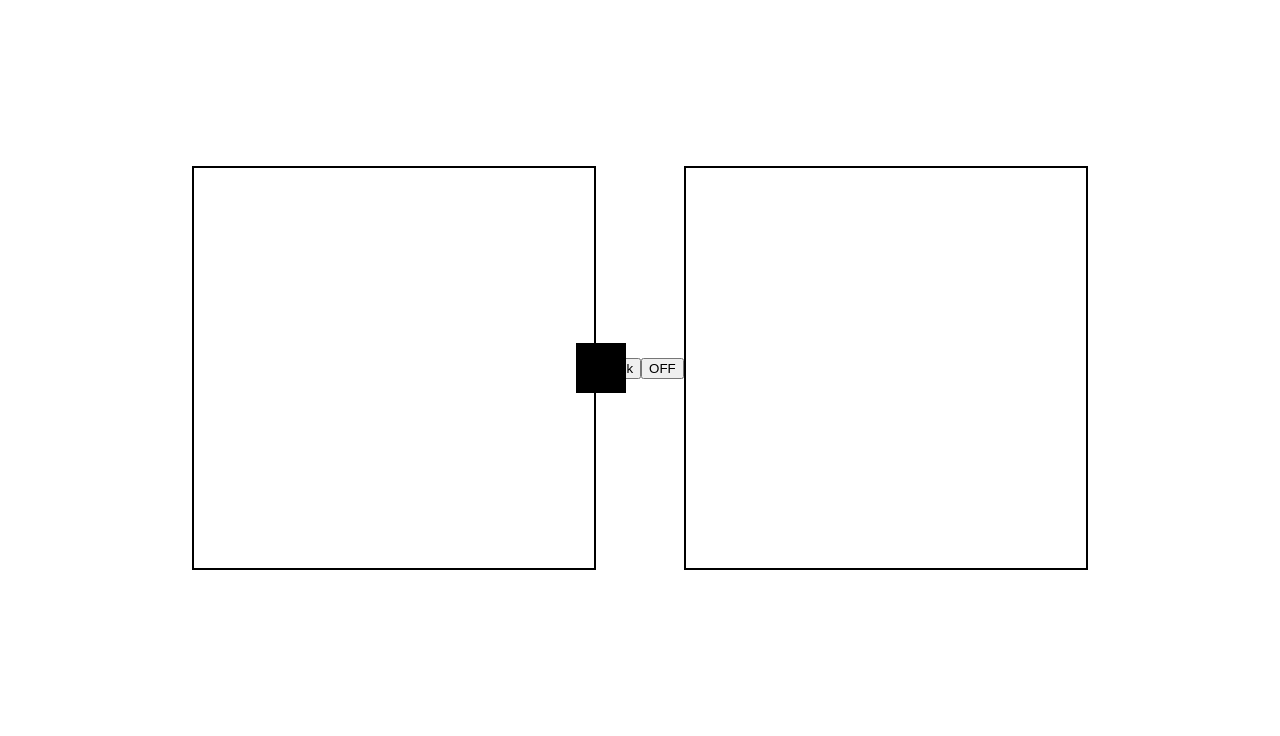
Repository: dmpelaez/photoBoothy
Page: Photobooth.html
The author's editor kept a copy of each file at every save. The page is drawn from the files as they stood at one save, then again after the next save.
The browser window is 1280 px wide. The pictures show the whole page.

Above is the page before, as saved 2025-12-16 20:57:56.

After the next save:
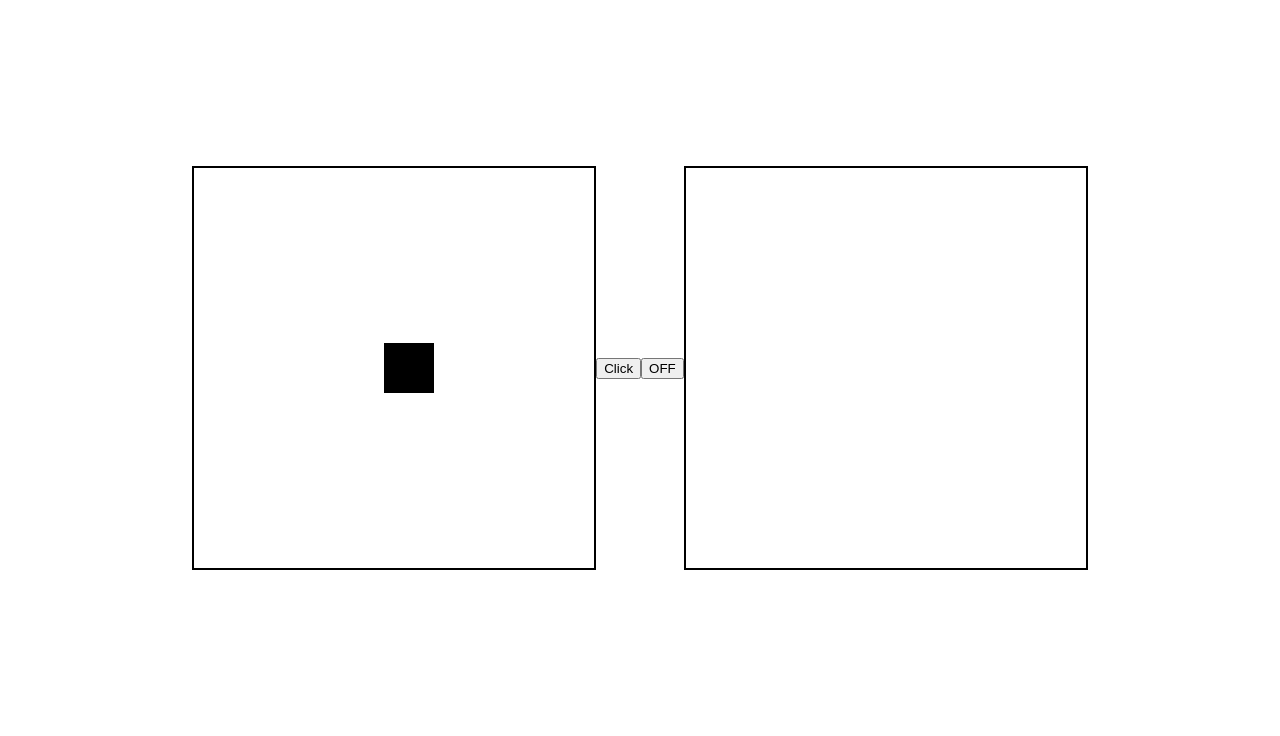
Saved 6 s later.
--- a/Photobooth.css
+++ b/Photobooth.css
@@ -21,7 +21,7 @@ display: initial;
   align-items: center;
   justify-content: center;
   position: absolute;
-  left: 45%;
+  left: 30%;
 }
 
 .timerPhoto {
